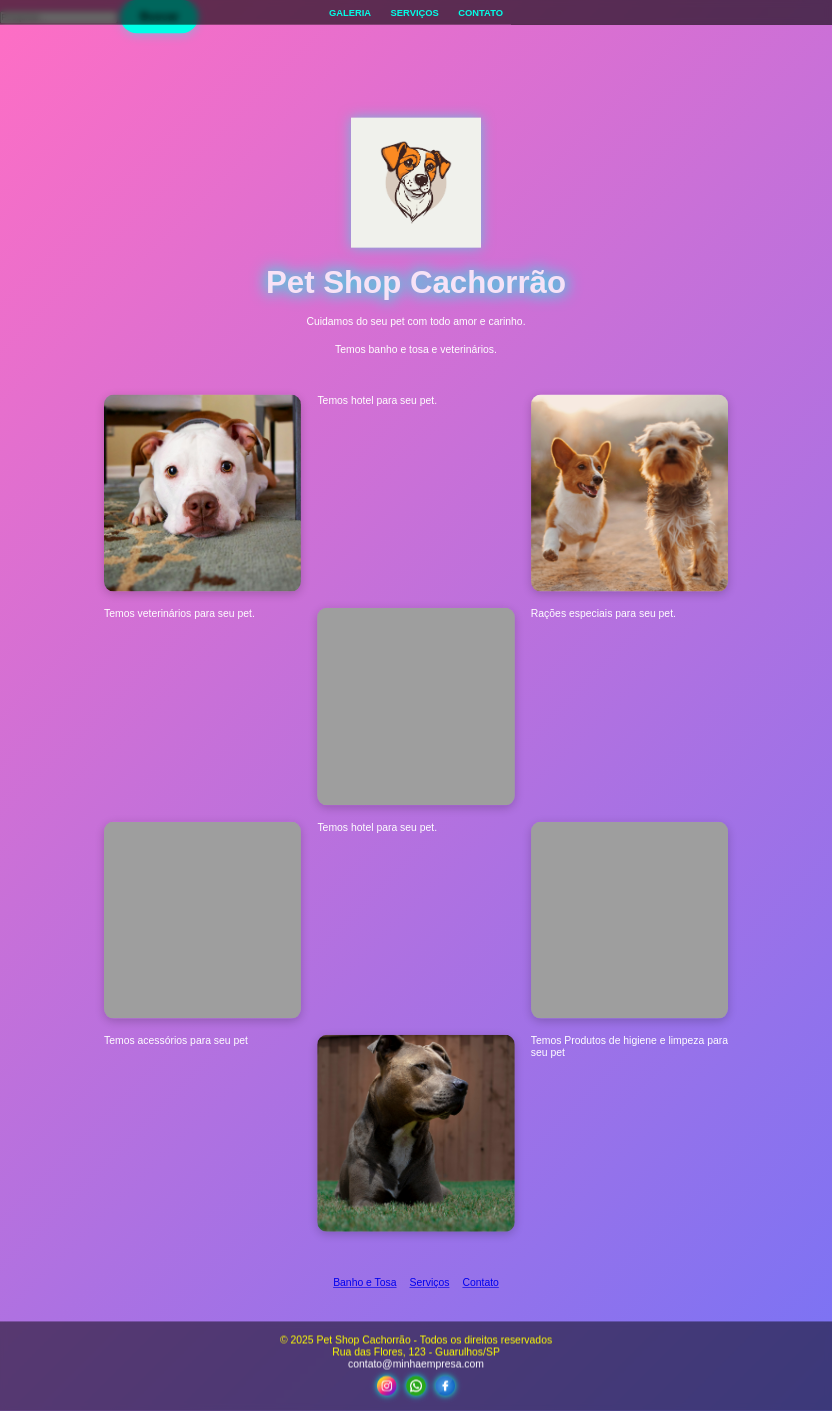
Repository: Sandro1969-tech/Desafio-petshop
Page: index.html
The author's editor kept a copy of each file at every save. The page is drawn from the files as they stood at one save, then again after a run of saves.
The browser window is 1280 px wide. The pictures show the whole page, at 65% of full size.
Pictures or frames that could not be fetched are drawn as grey boxes.

Above is the page before, as saved 2025-12-11 20:01:52.

After the next 2 saves:
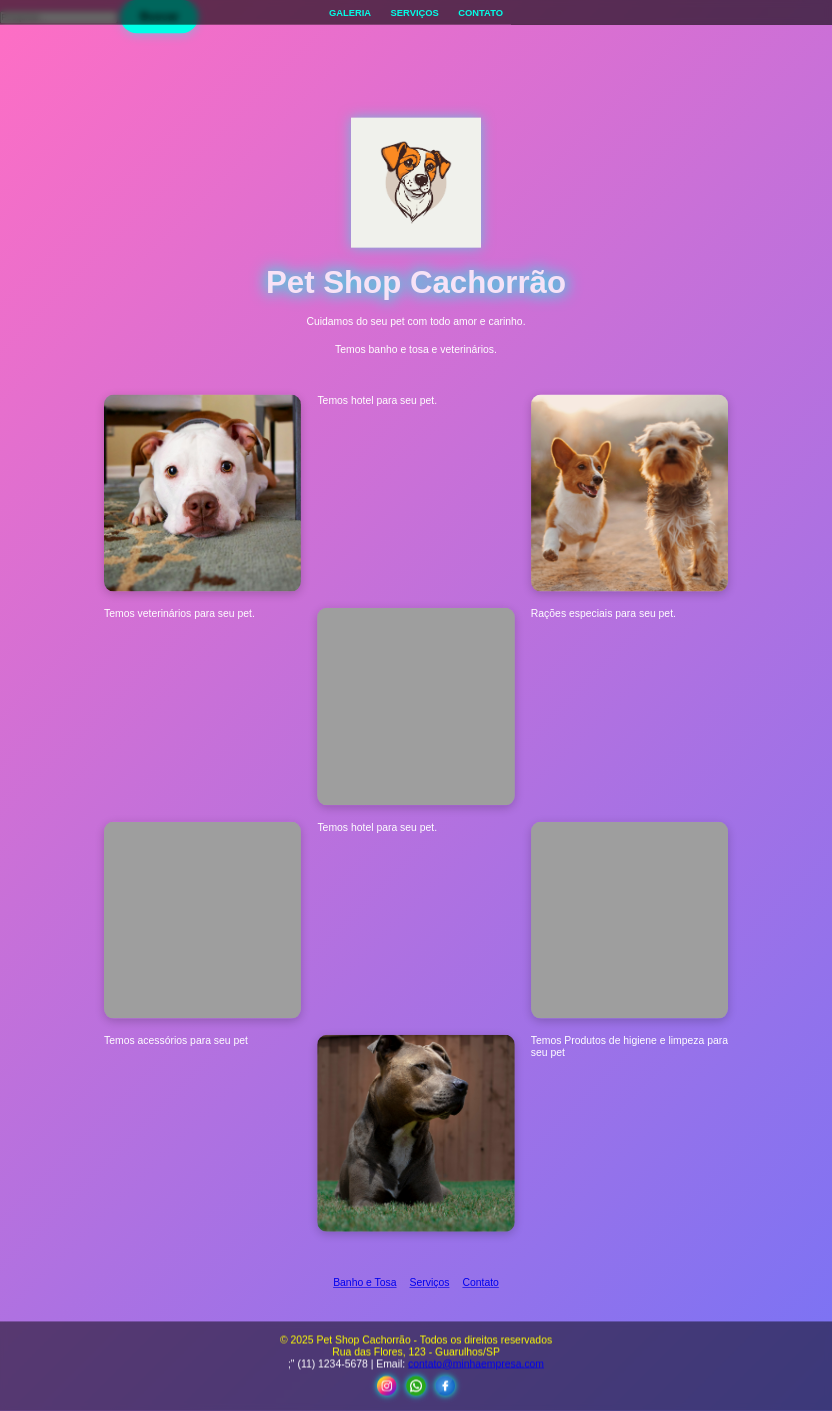
The 2 saves are shown as one change because they came seconds apart.
The last was saved 25 s later.
--- a/index.html
+++ b/index.html
@@ -59,7 +59,7 @@
   <footer id="contact">
     <p  style="color: yellow;">© 2025 Pet Shop Cachorrão - Todos os direitos reservados</p>
     <p style="color: yellow;"> Rua das Flores, 123 - Guarulhos/SP</p>
-    <p ;" (11) 1234-5678 | Email: <a href="mailto:contato@minhaempresa.com">contato@minhaempresa.com</a></p>
+    <p></p>;" (11) 1234-5678 | Email: <a href="mailto:contato@minhaempresa.com">contato@minhaempresa.com</a></p>
     <div class="social-icons">
       <a href="https://instagram.com/seuPerfil" target="_blank" aria-label="Instagram">
         <img src="assets/image/instagram.png" alt="Instagram">
